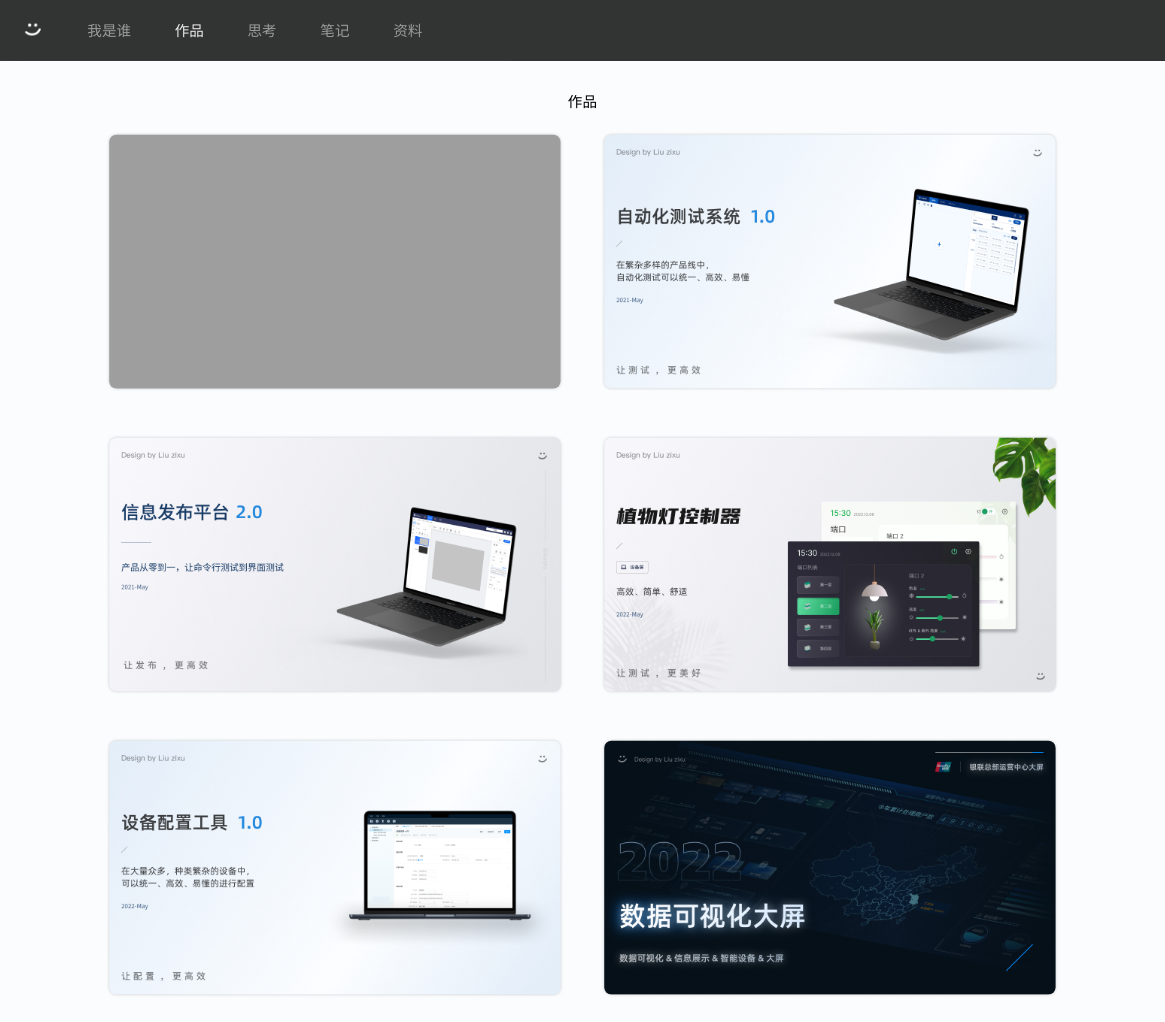
Repository: LiuZixu-aurelio/myblog-Vue
Page: /#/home/project
The author's editor kept a copy of each file at every save. The page is drawn from the files as they stood at one save, then again after the next save.
The browser window is 1280 px wide. The pictures show the whole page, at 91% of full size.
Pictures or frames that could not be fetched are drawn as grey boxes. The project was rebuilt for these pictures with package versions that can differ from the ones it lists, and the page was loaded fresh each time. Also part of the build but not shown: vue.config.js, src/components/whoCom.vue, src/components/whocubeCom.vue, src/views/who.vue, src/views/PreView.vue, src/views/talk.vue, src/views/sign.vue, src/views/test.vue and 1 more.

Above is the page before, as saved 2022-12-14 13:20:04.

After the next save:
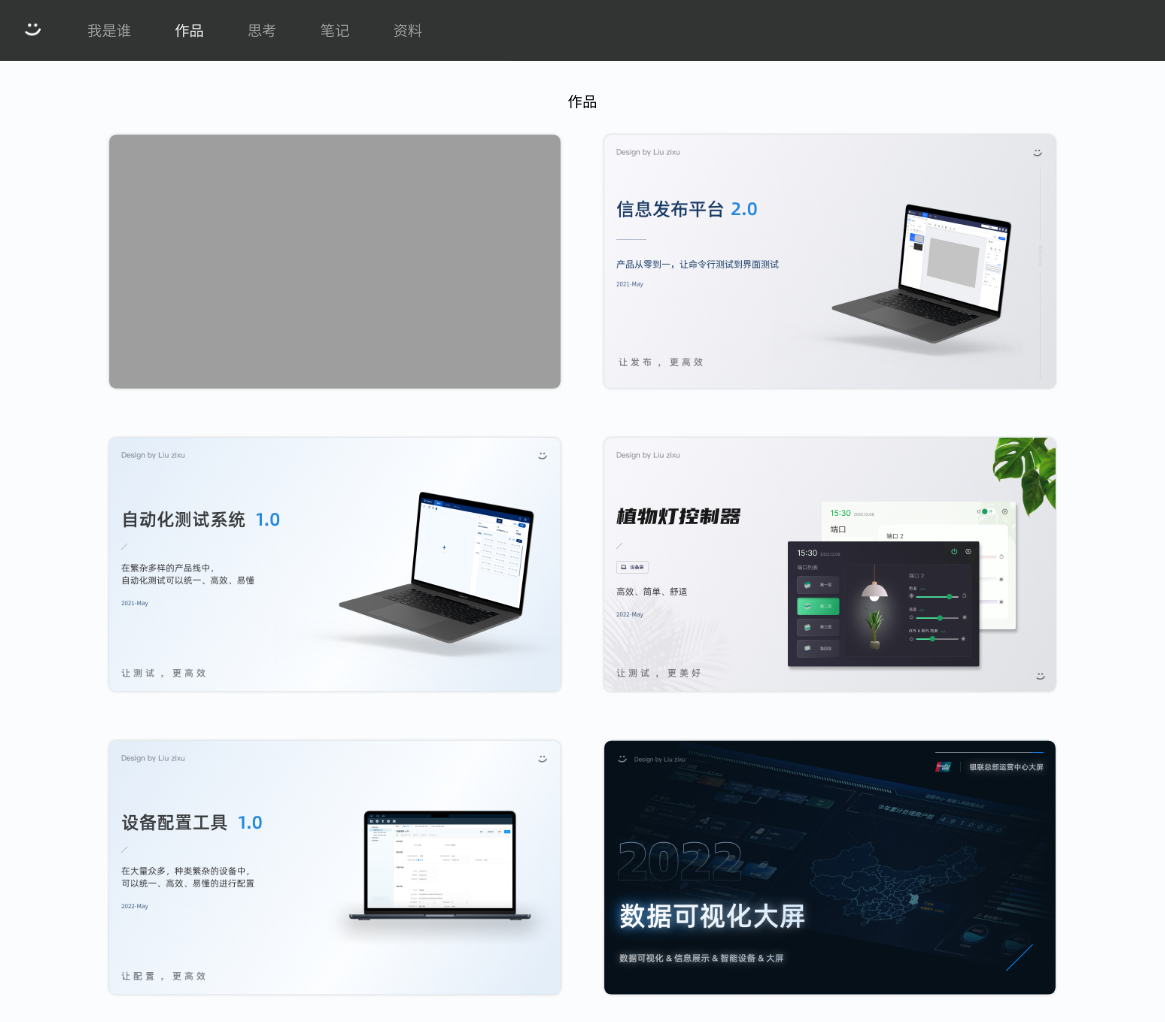
Saved 69 s later.
--- a/src/views/project.vue
+++ b/src/views/project.vue
@@ -4,8 +4,8 @@
             <h2>作品</h2>
             <div class="list">
                 <CardCom :na='scard1' :ur='scard2' :lnk='scard4'></CardCom>
+                <CardCom :na='scardInfor1' :ur='scardInfor2' :lnk='scardInfor4'></CardCom>
                 <CardCom :na='extest1' :ur='extest2' :lnk='extest4'></CardCom>
-                <CardCom :na='scardInfor1' :ur='scardInfor2' :lnk='scardInfor4'></CardCom>
                 <CardCom :na='pPlant1' :ur='pPlant2' :lnk='pPlant4'></CardCom>
                 <CardCom :na='pConfig1' :ur='pConfig2' :lnk='pConfig4'></CardCom>
                 <CardCom :na='data1' :ur='data2' :lnk='data4'></CardCom>
